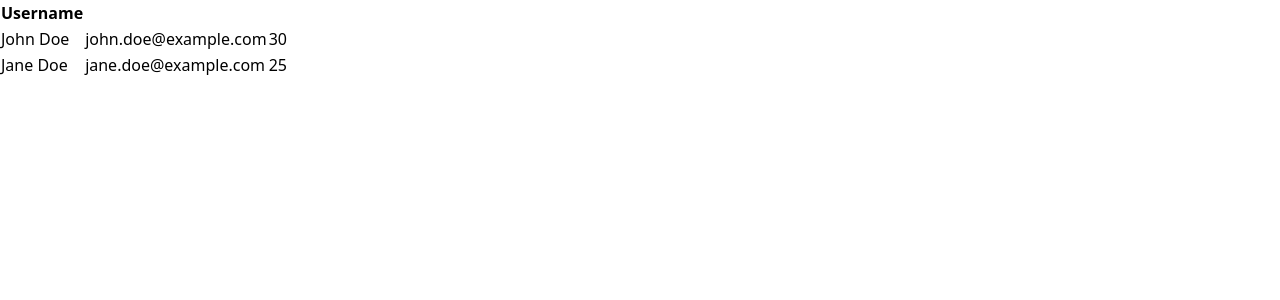
Repository: Yahya9102/Java22-ux22-Sideproject-main
Page: /
These files come from the project's save history. The page is drawn as it stood at one moment and after the next save; the edit follows.
The browser window is 1280 px wide. The pictures show the whole page.
The project was rebuilt for these pictures with package versions that can differ from the ones it lists, and the page was loaded fresh each time. The framework's server and built-in components were replaced by stand-ins that run in the browser. Also part of the build but not shown: next.config.js.

Above is the page before, as saved 2023-04-13 10:01:08.

After the next save:
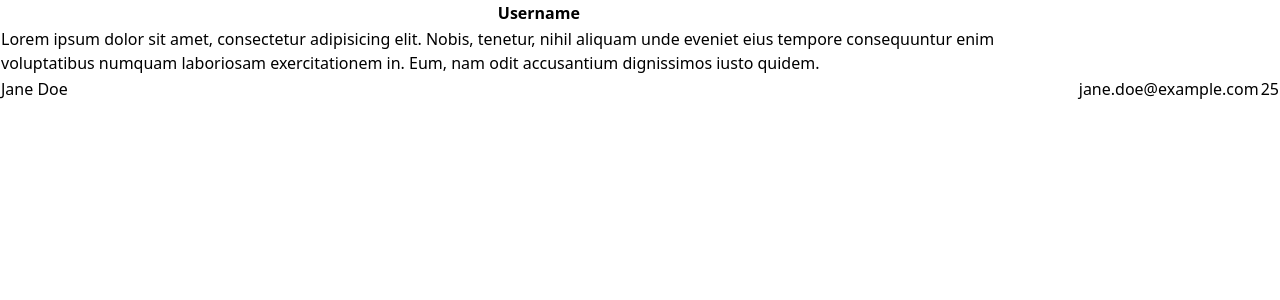
Saved 25 s later.
--- a/p-components/body.tsx
+++ b/p-components/body.tsx
@@ -13,9 +13,12 @@ const Body: NextPage<Props> = ({}) => {
         </thead>
         <tbody>
           <tr>
-            <td>John Doe</td>
-            <td>john.doe@example.com</td>
-            <td>30</td>
+            <td>
+              Lorem ipsum dolor sit amet, consectetur adipisicing elit. Nobis,
+              tenetur, nihil aliquam unde eveniet eius tempore consequuntur enim
+              voluptatibus numquam laboriosam exercitationem in. Eum, nam odit
+              accusantium dignissimos iusto quidem.
+            </td>
           </tr>
           <tr>
             <td>Jane Doe</td>
